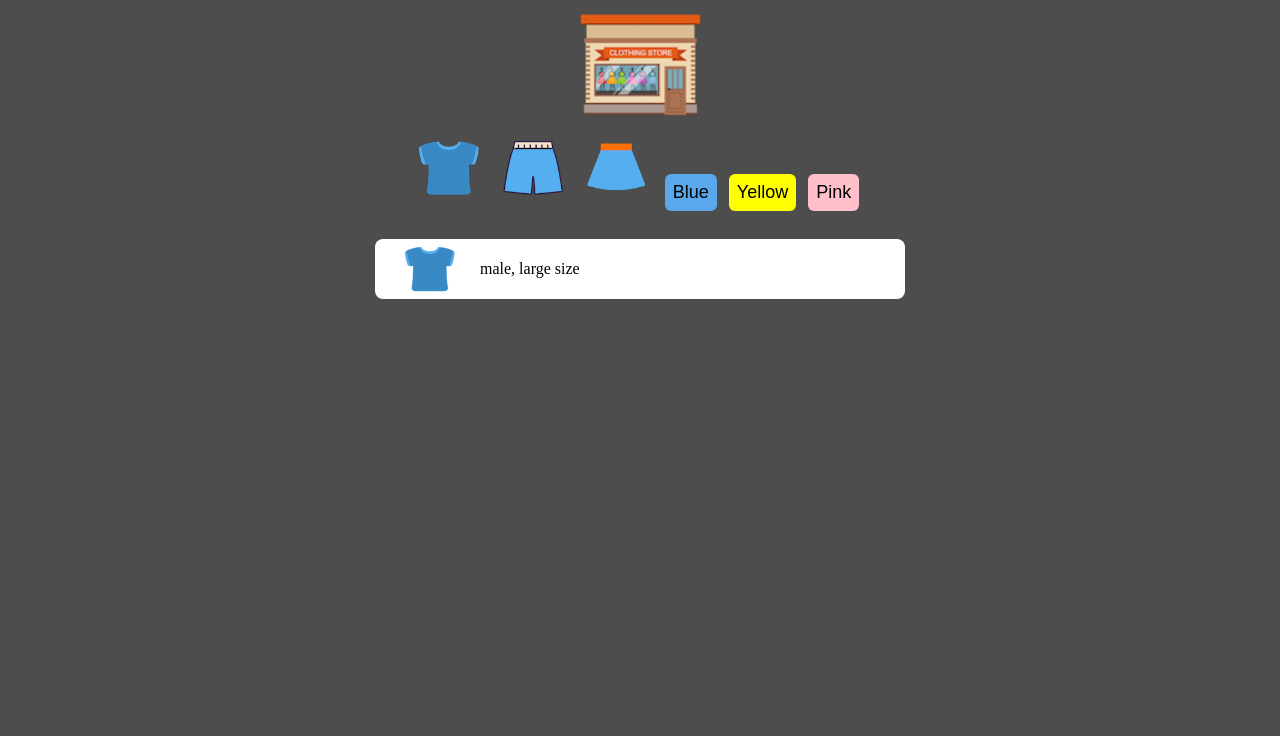
Repository: keehoonjung/Shoppingmall-Game
Page: index.html
An editor plug-in stored every save of this project. The page is shown before and after the next save, followed by the edit.
The browser window is 1280 px wide. The pictures show the whole page.

Above is the page before, as saved 2021-08-12 19:31:49.
Console error: TypeError: Cannot read properties of null (reading 'addEventListener')

### index.html
<!DOCTYPE html>
<html lang="en">
<head>
    <meta charset="UTF-8">
    <meta http-equiv="X-UA-Compatible" content="IE=edge">
    <meta name="viewport" content="width=device-width, initial-scale=1.0">
    <title>Shoppingamll Game</title>
    <link rel="stylesheet" href="style.css">
    <script src="main.js" defer></script>
</head>
<body>
    <header class="header">
        <img src="./imgs/logo.png" alt="header" class="header__logo">
    </header>
    <section class="buttons">
        <button class="button type">
            <img src="./imgs/blue_t.png" alt="shirt" class="button__img">
        </button>
        <button class="button type">
            <img src="./imgs/blue_p.png" alt="pants" class="button__img">
        </button>
        <button class="button type">
            <img src="./imgs/blue_s.png" alt="" class="button__img">
        </button>
        <button class="button color blue">
            Blue
        </button>
        <button class="button color yellow">
            Yellow
        </button>
        <button class="button color pink">
            Pink
        </button>
    </section>
    <ul class="items">
        <li class="item" data-type="shirt" data-color="blue">
            <img src="./imgs/blue_t.png" alt="blueshirt" class="item__thumbnail">
            <span class="item__description">male, large size</span>
        </li>
    </ul>
</body>
</html>

### style.css
:root {
  /* color */
  --color-white: #ffffff;
  --color-dark-grey: #4d4d4d;
  --color-blue: #73aace;
  --color-orange: #feb546;
  --color-pink: #fd7bcc;

  /* size */
  --button-img-size: 60px;

  /* fontsize */
  --font-size: 18px;

  /* animatione */
  --animation-duration: 300ms;

  /* basic space */
  --basic-space: 8px;

  /* border */
  --border-size: 6px;
}

body {
  background-color: var(--color-dark-grey);
  display: flex;
  flex-direction: column;
  justify-content: center;
  text-align: center;
  height: 100vh;
}

.buttons {
  text-align: center;
}

.button {
  outline: none;
  border: none;
  background-color: transparent;
  margin-right: var(--basic-space);
  border-radius: var(--border-size);
  cursor: pointer;
  transition: transform var(--animation-duration) ease-in;
}

.button:hover {
  transform: scale(1.1);
}

.button__img {
  width: var(--button-img-size);
}

.color {
  font-size: var(--font-size);
  padding: var(--basic-space);
}

.header__logo {
  width: 125px;
  cursor: pointer;
  transition: transform 300ms ease-in;
}

.header__logo:hover {
  transform: scale(1.1);
}

.filter {
  display: flex;
  justify-content: center;
  margin: 0;
  padding: 0;
  padding-left: 60px;
}

.filter__btn {
  padding-right: 24px;
}

.filter__btn img {
  height: 50px;
  cursor: pointer;
  transition: transform 300ms ease-in;
}

.filter__btn img:hover {
  transform: scale(1.1);
}

.blue {
  background-color: rgb(90, 167, 235);
}

.yellow {
  background-color: yellow;
}

.pink {
  background-color: pink;
}

.items {
  padding: 0;
  overflow-y: auto;
  height: 500px;
}

.item {
  background-color: white;
  margin-bottom: 12px;
  width: 500px;
  height: 60px;
  margin: 12px auto;
  border-radius: 8px;
  display: flex;
  align-items: center;
  padding-left: 30px;
}

.item.visible {
  display: flex;
}

.item img {
  height: 50px;
}

.item span {
  margin-left: 25px;
}

### main.js
"use strict";

const navi = document.querySelector(".filter");
const itemList = document.querySelector(".items");
const allItem = Array.from(document.querySelectorAll(".item"));
const headerLogo = document.querySelector(".header__logo");

headerLogo.addEventListener("click", () => {
  createAll();
});

navi.addEventListener("click", (evnet) => {
  const tag = event.target.tagName;
  const targetName = event.target.classList.value;
  if (tag == "IMG") {
    const items = allItem.filter((item) => item.dataset.type == targetName);
    deleteAll();
    items.forEach((item) => {
      item.classList.add("visible");
    });
  } else if (tag == "BUTTON") {
    const items = allItem.filter((item) => item.dataset.color == targetName);
    deleteAll();
    items.forEach((item) => {
      item.classList.add("visible");
    });
  }
});

function deleteAll() {
  allItem.forEach((item) => {
    item.classList.remove("visible");
  });
}

function createAll() {
  allItem.forEach((item) => {
    item.classList.add("visible");
  });
}

After the next save:
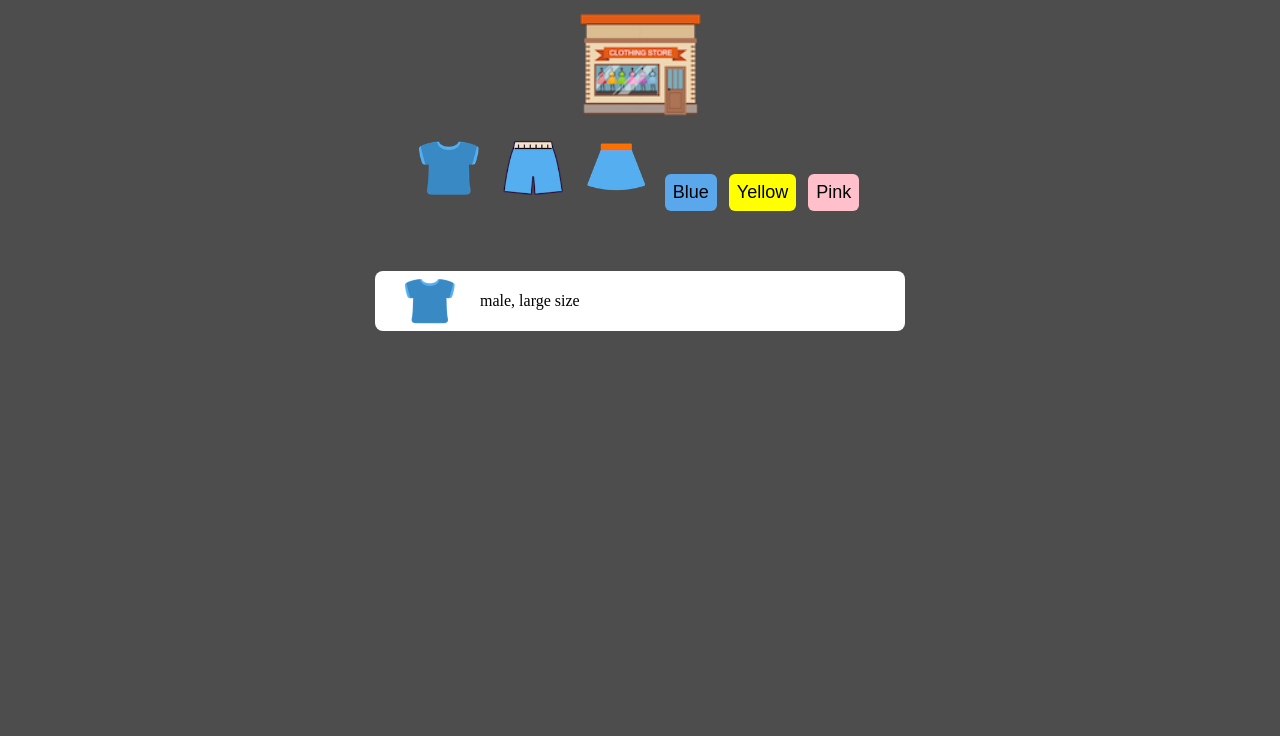
Saved 36 s later.
--- a/style.css
+++ b/style.css
@@ -32,7 +32,7 @@ body {
 }
 
 .buttons {
-  text-align: center;
+  line-height: 100px;
 }
 
 .button {

After the 5 saves that followed:
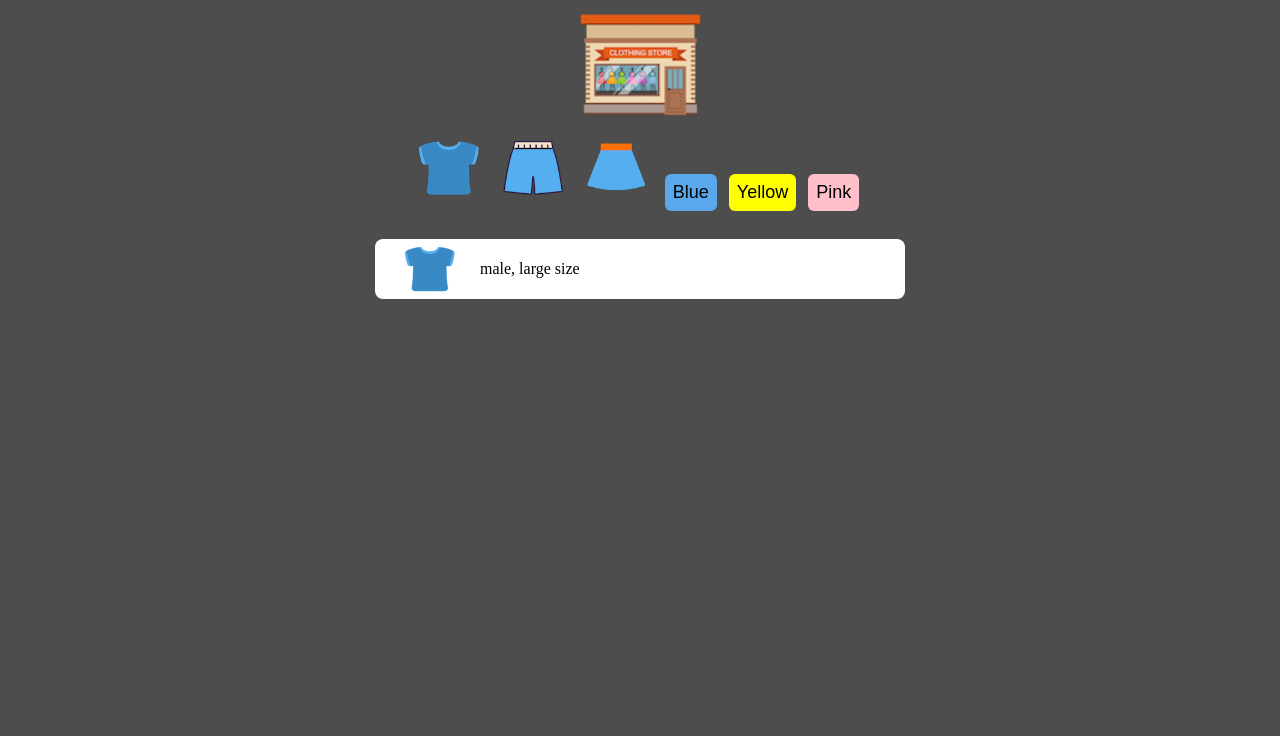
The 5 saves are shown as one change because 1 left the picture as it was and some came seconds apart.
The last was saved 50 s later.
--- a/style.css
+++ b/style.css
@@ -32,7 +32,6 @@ body {
 }
 
 .buttons {
-  line-height: 100px;
 }
 
 .button {
